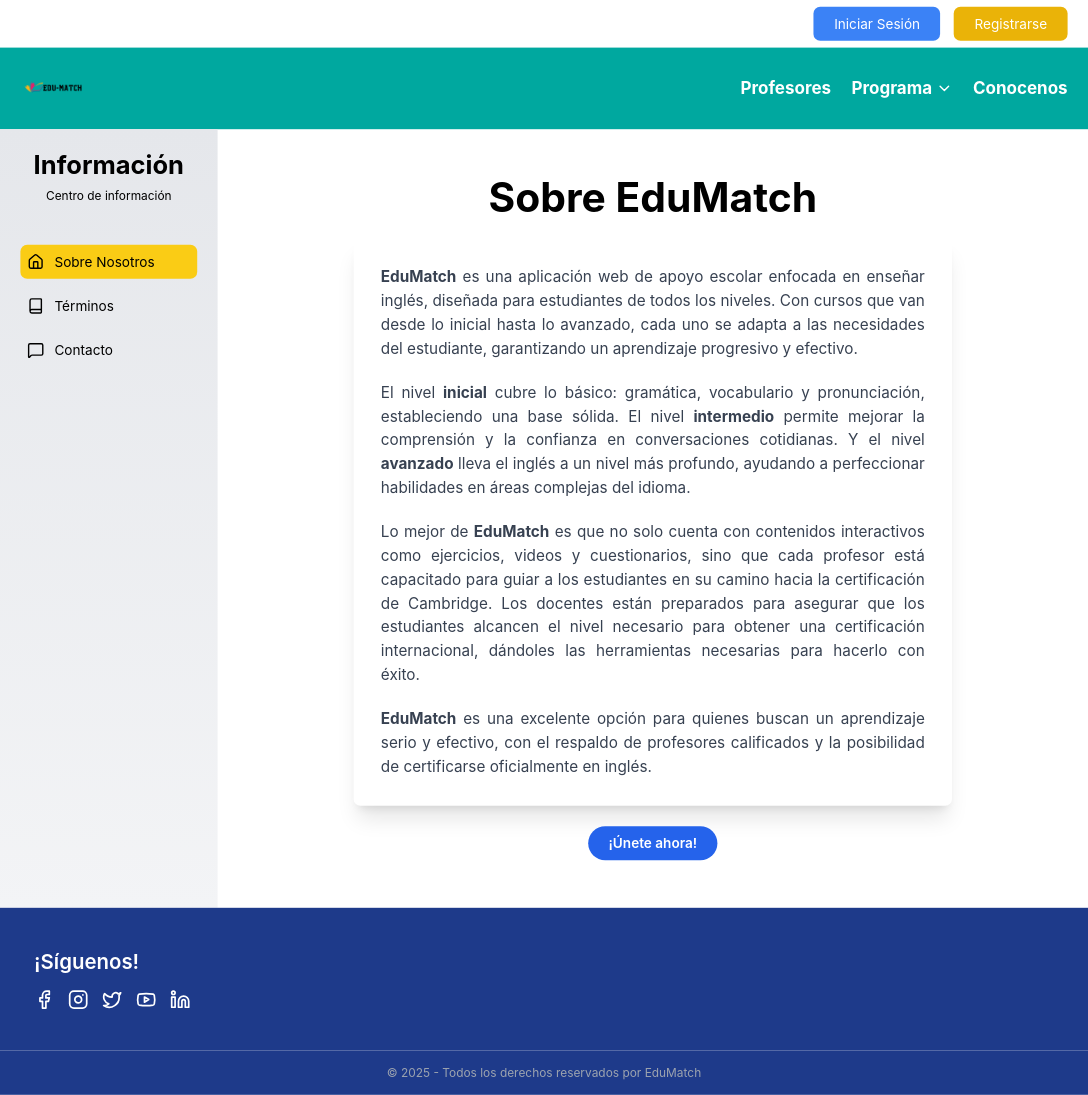
Repository: sofikalpin/EduMatch
Page: /informacion (app in frontend-sistema-apoyo/frontend-sistema-apoyo/)
These files come from the project's save history. The page is drawn as it stood at one moment and after the next save; the edit follows.
The browser window is 1280 px wide. The pictures show the whole page, at 85% of full size.
The project was rebuilt for these pictures with package versions that can differ from the ones it lists, and the page was loaded fresh each time. Also part of the build but not shown: frontend-sistema-apoyo/frontend-sistema-apoyo/src/componentes/inicio/ProgramDropdown.js, frontend-sistema-apoyo/frontend-sistema-apoyo/src/componentes/inicio/Inicio.js, frontend-sistema-apoyo/frontend-sistema-apoyo/src/componentes/login/Login.css, frontend-sistema-apoyo/frontend-sistema-apoyo/src/componentes/login/LoginUtils.js, frontend-sistema-apoyo/frontend-sistema-apoyo/src/componentes/login/Login.js, frontend-sistema-apoyo/frontend-sistema-apoyo/src/componentes/registrar/Registrar.css, frontend-sistema-apoyo/frontend-sistema-apoyo/src/componentes/registrar/Registrar.js, frontend-sistema-apoyo/frontend-sistema-apoyo/src/componentes/perfil/Perfil.js and 4 more.

Above is the page before, as saved 2025-01-28 15:04:15.

### frontend-sistema-apoyo/frontend-sistema-apoyo/src/index.js
import React from 'react';
import ReactDOM from 'react-dom/client';
import './index.css';
import App from './App';
import { BrowserRouter } from 'react-router-dom';

const root = ReactDOM.createRoot(document.getElementById('root'));
root.render(
  <BrowserRouter>
    <App />
  </BrowserRouter>
);

### frontend-sistema-apoyo/frontend-sistema-apoyo/src/index.css
@tailwind base;
@tailwind components;
@tailwind utilities;
/* Tus estilos personalizados vienen después */
body {
  margin: 0;
  font-family: -apple-system, BlinkMacSystemFont, 'Segoe UI', 'Roboto', 'Oxygen',
    'Ubuntu', 'Cantarell', 'Fira Sans', 'Droid Sans', 'Helvetica Neue',
    sans-serif;
  -webkit-font-smoothing: antialiased;
  -moz-osx-font-smoothing: grayscale;
}

code {
  font-family: source-code-pro, Menlo, Monaco, Consolas, 'Courier New',
    monospace;
}

### frontend-sistema-apoyo/frontend-sistema-apoyo/src/App.js
import React from "react";
import { Routes, Route, Navigate } from "react-router-dom";
import "./App.css";

import Inicio from "./componentes/inicio/Inicio";
import Login from "./componentes/login/Login";
import { Registrar } from "./componentes/registrar/Registrar";
import Perfil from "./componentes/perfil/Perfil";

import InicioProfesor from "./componentes/inicio/profesorini";
import NivelInicial from "./componentes/inicio/NivelInicial";
import NivelIntermedio from "./componentes/inicio/NivelIntermedio";
import NivelAvanzado from "./componentes/inicio/NivelAvanzado";
import Informacion from "./componentes/inicio/Informacion";


// Componente para proteger rutas basadas en rol
const ProtectedRoute = ({ children, role }) => {
  const userRole = localStorage.getItem("role");

  if (userRole !== role) {
    return <Navigate to="/" />;
  }

  return children;
};

function App() {
  return (
    <div className="App">
      <Routes>
        {/* Rutas públicas */}
        <Route path="/" element={<Inicio />} />
        <Route path="/iniciarsesion" element={<Login />} />
        <Route path="/registrarse" element={<Registrar />} />
        <Route path="/perfil" element={<Perfil />} />
        <Route path="/inicioprofesor" element={<InicioProfesor />} />
        <Route path="/nivelinicial" element={<NivelInicial />} />
        <Route path="/nivelintermedio" element={<NivelIntermedio />} />
        <Route path="/nivelavanzado" element={<NivelAvanzado />} />
        <Route path="/informacion" element={<Informacion />} />


        {/* Rutas protegidas */}

        {/* Redirigir rutas no encontradas */}
        <Route path="*" element={<Navigate to="/" />} />
      </Routes>
    </div>
  );
}

export default App;

### frontend-sistema-apoyo/frontend-sistema-apoyo/src/componentes/inicio/Informacion.js
import { useState } from 'react';
import { useNavigate } from 'react-router-dom';
import { Home, Book, Shield, MessageSquare } from 'lucide-react';
import TopBar from './TopBar';
import Header from './Header';
import Footer from './Footer';
import logo from '../../logo/LogoInicio.png';

// Constants remain the same
const FOOTER_SECTIONS = {
  section1: {
    title: "Información",
    links: ["Sobre Nosotros", "Términos y Condiciones", "Contacto"]
  },
  section2: {
    title: "Programas",
    links: ["Nivel Inicial", "Nivel Medio", "Nivel Superior"]
  }
};

const SOCIAL_ICONS = [
  { name: 'Facebook', color: 'hover:text-blue-500' },
  { name: 'Instagram', color: 'hover:text-pink-500' },
  { name: 'Twitter', color: 'hover:text-blue-400' },
  { name: 'Youtube', color: 'hover:text-red-500' },
  { name: 'Linkedin', color: 'hover:text-blue-700' }
];

const NAV_ITEMS = [
  { id: "sobre-nosotros", Icon: Home, text: "Sobre Nosotros" },
  { id: "terminos", Icon: Book, text: "Términos" },
  { id: "contacto", Icon: MessageSquare, text: "Contacto" }
];

// NavItem component
const NavItem = ({ id, Icon, text, isActive, onClick }) => (
  <div
    onClick={onClick}
    className={`flex items-center space-x-3 p-2 rounded-lg cursor-pointer ${isActive ? 'bg-yellow-400 text-black' : 'text-white-300'}`}
  >
    <Icon className="w-5 h-5" />
    <span>{text}</span>
  </div>
);

// SobreNosotros component
const SobreNosotros = () => (
  <div className="p-8 max-w-3xl mx-auto space-y-6">
    <h1 className="text-5xl font-bold text-black-600 mb-6 text-center">Sobre EduMatch</h1>
    <div className="p-8 bg-white rounded-lg shadow-xl space-y-6">
      <p className="text-lg text-gray-700 text-justify">
        <strong>EduMatch</strong> es una aplicación web de apoyo escolar enfocada en enseñar inglés, diseñada para estudiantes de todos los niveles. Con cursos que van desde lo inicial hasta lo avanzado, cada uno se adapta a las necesidades del estudiante, garantizando un aprendizaje progresivo y efectivo.
      </p>
      <p className="text-lg text-gray-700 text-justify">
        El nivel <strong>inicial</strong> cubre lo básico: gramática, vocabulario y pronunciación, estableciendo una base sólida. El nivel <strong>intermedio</strong> permite mejorar la comprensión y la confianza en conversaciones cotidianas. Y el nivel <strong>avanzado</strong> lleva el inglés a un nivel más profundo, ayudando a perfeccionar habilidades en áreas complejas del idioma.
      </p>
      <p className="text-lg text-gray-700 text-justify">
        Lo mejor de <strong>EduMatch</strong> es que no solo cuenta con contenidos interactivos como ejercicios, videos y cuestionarios, sino que cada profesor está capacitado para guiar a los estudiantes en su camino hacia la certificación de Cambridge. Los docentes están preparados para asegurar que los estudiantes alcancen el nivel necesario para obtener una certificación internacional, dándoles las herramientas necesarias para hacerlo con éxito.
      </p>
      <p className="text-lg text-gray-700 text-justify">
        <strong>EduMatch</strong> es una excelente opción para quienes buscan un aprendizaje serio y efectivo, con el respaldo de profesores calificados y la posibilidad de certificarse oficialmente en inglés.
      </p>
    </div>
    <div className="mt-8 text-center">
      <a href="/registrarse" className="inline-block bg-blue-600 text-white font-semibold py-2 px-6 rounded-full hover:bg-blue-700 transition-colors">
        ¡Únete ahora!
      </a>
    </div>
  </div>
);

// Contacto component
const Contacto = () => (
  <div className="p-8 max-w-3xl mx-auto space-y-6">
    <h1 className="text-5xl font-bold text-black-600 mb-6 text-center">Contacto</h1>

    <div className="p-8 bg-white rounded-lg shadow-xl space-y-6">
      <p className="text-lg text-gray-700 text-justify">
        ¿Tienes preguntas o comentarios? Nos encantaría saber de ti. Rellena el siguiente formulario y nuestro equipo se pondrá en contacto contigo lo antes posible.
      </p>

      <form className="space-y-6">
        <div>
          <label htmlFor="name" className="block text-lg font-semibold text-gray-800">Nombre</label>
          <input
            type="text"
            id="name"
            name="name"
            placeholder="Tu nombre"
            className="w-full p-3 mt-2 border-2 border-gray-300 rounded-lg focus:outline-none focus:ring-2 focus:ring-blue-500"
          />
        </div>

        <div>
          <label htmlFor="email" className="block text-lg font-semibold text-gray-800">Correo electrónico</label>
          <input
            type="email"
            id="email"
            name="email"
            placeholder="Tu correo electrónico"
            className="w-full p-3 mt-2 border-2 border-gray-300 rounded-lg focus:outline-none focus:ring-2 focus:ring-blue-500"
          />
        </div>

        <div>
          <label htmlFor="message" className="block text-lg font-semibold text-gray-800">Mensaje</label>
          <textarea
            id="message"
            name="message"
            placeholder="Escribe tu mensaje aquí"
            rows="4"
            className="w-full p-3 mt-2 border-2 border-gray-300 rounded-lg focus:outline-none focus:ring-2 focus:ring-blue-500"
          ></textarea>
        </div>

        <div className="text-center">
          <button
            type="submit"
            className="inline-block bg-blue-600 text-white font-semibold py-2 px-6 rounded-full hover:bg-blue-700 transition-colors"
          >
            Enviar Mensaje
          </button>
        </div>
      </form>
    </div>
  </div>
);

// TerminosYCondiciones component
const TerminosYCondiciones = () => (
  <div className="p-8 max-w-5xl mx-auto space-y-6">
    <h1 className="text-4xl font-bold text-blue-600 mb-6 text-center">Términos y Condiciones</h1>

    <div className="grid grid-cols-1 md:grid-cols-2 lg:grid-cols-2 gap-6">
      <div className="p-6 bg-white rounded-lg shadow-lg">
        <h2 className="text-2xl font-semibold text-gray-800">1. Aceptación de los Términos</h2>
        <p className="text-lg text-gray-700 mt-4">
          Al registrarte y usar EduMatch, aceptas cumplir con estos términos. Si no estás de acuerdo, no puedes usar la plataforma.
        </p>
      </div>

      <div className="p-6 bg-white rounded-lg shadow-lg">
        <h2 className="text-2xl font-semibold text-gray-800">2. Responsabilidades del Usuario</h2>
        <p className="text-lg text-gray-700 mt-4">
          El usuario es responsable de mantener la confidencialidad de su cuenta y de usar la plataforma de manera ética, sin infringir derechos de otros usuarios o de terceros.
        </p>
      </div>

      <div className="p-6 bg-white rounded-lg shadow-lg">
        <h2 className="text-2xl font-semibold text-gray-800">3. Modificaciones a los Términos</h2>
        <p className="text-lg text-gray-700 mt-4">
          EduMatch puede modificar estos términos en cualquier momento. Las modificaciones serán publicadas en esta página y serán efectivas inmediatamente después de su publicación.
        </p>
      </div>

      <div className="p-6 bg-white rounded-lg shadow-lg">
        <h2 className="text-2xl font-semibold text-gray-800">4. Terminación de los Servicios</h2>
        <p className="text-lg text-gray-700 mt-4">
          Podemos suspender o terminar tu acceso a la plataforma si incumples estos términos, sin previo aviso ni responsabilidad por daños ocasionados.
        </p>
      </div>
    </div>

    <div className="mt-8 text-center">
      <a href="/registrarse" className="inline-block bg-blue-600 text-white font-semibold py-2 px-6 rounded-full hover:bg-blue-700 transition-colors">
        ¡Únete ahora!
      </a>
    </div>
  </div>
);

const Navigation = ({ currentPage, setCurrentPage }) => (
  <nav className="w-64 bg-gradient-to-b from-gray-200 to-gray-100 p-6">
    <div className="mb-12">
    <h2 className="text-3xl font-bold text-black text-center">
    Información
    </h2>

      <p className="text-black-400 text-sm mt-2">Centro de información</p>
    </div>
    <div className="space-y-3">
      {NAV_ITEMS.map(({ id, Icon, text }) => (
        <NavItem
          key={id}
          id={id}
          Icon={Icon}
          text={text}
          isActive={currentPage === id}
          onClick={() => setCurrentPage(id)}
        />
      ))}
    </div>
  </nav>
);

const InfoPages = () => {
  const [currentPage, setCurrentPage] = useState('sobre-nosotros');
  const navigate = useNavigate();

  const pageComponents = {
    'sobre-nosotros': <SobreNosotros />,
    'contacto': <Contacto />,
    'terminos': <TerminosYCondiciones />
  };

  return (
    <div className="min-h-screen flex flex-col">
      {/* Header */}
      <TopBar
        onLogin={() => navigate('/iniciarsesion')}
        onRegister={() => navigate('/registrarse')}
      />
      <Header
        onNavigate={navigate}
        logo={logo}
      />

      {/* Info Content */}
      <div className="flex flex-2">
        <Navigation currentPage={currentPage} setCurrentPage={setCurrentPage} />
        <main className="flex-1 p-6">{pageComponents[currentPage]}</main>
      </div>

      {/* Footer */}
      <Footer sections={FOOTER_SECTIONS} socialIcons={SOCIAL_ICONS} />
    </div>
  );
};

export default InfoPages;

### frontend-sistema-apoyo/frontend-sistema-apoyo/src/componentes/inicio/TopBar.js
import React from 'react';

const TopBar = ({ onLogin, onRegister }) => (
  <div className="bg-white py-2 flex justify-end items-center px-6">
    <button
      onClick={onLogin}
      className="px-6 py-2 bg-blue-500 text-white rounded-lg mr-4 hover:bg-blue-600 transition-colors"
    >
      Iniciar Sesión
    </button>
    <button
      onClick={onRegister}
      className="px-6 py-2 bg-yellow-500 text-white rounded-lg hover:bg-yellow-600 transition-colors"
    >
      Registrarse
    </button>
  </div>
);

export default TopBar;

### frontend-sistema-apoyo/frontend-sistema-apoyo/src/componentes/inicio/Header.js
import React, { useState } from 'react';
import { ChevronDown } from 'lucide-react';
import ProgramDropdown from './ProgramDropdown';

const Header = ({ onNavigate, logo }) => {
  const [isProgramsOpen, setIsProgramsOpen] = useState(false);

  return (
    <header className="flex items-center justify-between p-6" style={{ backgroundColor: '#00A89F' }}>
      <img src={logo} alt="Logo" className="h-12" />
      <nav className="flex gap-6 justify-end flex-1">
        <button
          onClick={() => onNavigate('/inicioprofesor')}
          className="text-white font-bold hover:text-yellow-400 active:text-yellow-400 text-xl transition-colors"
        >
          Profesores
        </button>
        <div className="relative">
          <button
            onMouseEnter={() => setIsProgramsOpen(true)}
            className="text-white font-bold hover:text-yellow-400 active:text-yellow-400 text-xl transition-colors flex items-center gap-1"
          >
            Programa
            <ChevronDown
              className={`w-5 h-5 transition-transform ${isProgramsOpen ? 'rotate-180' : ''}`}
            />
          </button>
          <ProgramDropdown
            isOpen={isProgramsOpen}
            onClose={() => setIsProgramsOpen(false)}
          />
        </div>
        <button
          onClick={() => onNavigate('/informacion')}
          className="text-white font-bold hover:text-yellow-400 active:text-yellow-400 text-xl transition-colors"
        >
          Conocenos
        </button>
      </nav>
    </header>
  );
};

export default Header;

### frontend-sistema-apoyo/frontend-sistema-apoyo/src/componentes/inicio/Footer.js
import React from 'react';
import { Facebook, Instagram, Twitter, Youtube, Linkedin } from 'lucide-react';

const icons = {
  Facebook: Facebook,
  Instagram: Instagram,
  Twitter: Twitter,
  Youtube: Youtube,
  Linkedin: Linkedin,
};

const SocialIcon = (name) => icons[name] || null;

const Footer = ({ socialIcons, footerSections, onNavigation }) => (
  <>
    <footer className="bg-blue-900 text-white py-12">
      <div className="mx-auto px-10 w-full">
        <div className="flex flex-col lg:flex-row justify-between gap-12">
          {/* Social Media */}
          <div className="lg:w-1/3 space-y-4">
            <h2 className="text-2xl font-semibold text-center lg:text-left">¡Síguenos!</h2>
            <div className="flex justify-center lg:justify-start space-x-4">
              {socialIcons.map(({ name, color }) => {
                const Icon = SocialIcon(name);
                return Icon && (
                  <button
                    key={name}
                    className={`${color} transition-colors`}
                    aria-label={`Ir a ${name}`}
                  >
                    <Icon className="h-6 w-6" />
                  </button>
                );
              })}
            </div>
          </div>
          {/* Footer Links */}
          <div className="lg:w-2/3 grid grid-cols-1 sm:grid-cols-2 gap-12">
            {Object.values(footerSections).map((section, index) => (
              <div key={index}>
                <h3 className="font-semibold text-lg mb-4">{section.title}</h3>
                <ul className="space-y-2">
                  {section.links.map((link, linkIndex) => (
                    <li key={linkIndex}>
                      <button
                        onClick={() => onNavigation(`/${link.toLowerCase().replace(/\s+/g, '-')}`)}
                        className="text-gray-300 hover:text-white transition-colors"
                      >
                        {link}
                      </button>
                    </li>
                  ))}
                </ul>
              </div>
            ))}
          </div>
        </div>
      </div>
    </footer>
    <div className="bg-blue-900 text-center text-gray-400 text-sm py-4">
      © 2025 - Todos los derechos reservados por EduMatch
    </div>
  </>
);

Footer.defaultProps = {
  socialIcons: [],
  footerSections: {},
};

export default Footer;

Loaded but not shown: frontend-sistema-apoyo/frontend-sistema-apoyo/public/index.html (common file); frontend-sistema-apoyo/frontend-sistema-apoyo/src/App.css (common file); frontend-sistema-apoyo/frontend-sistema-apoyo/tailwind.config.js (common file)

After the next save:
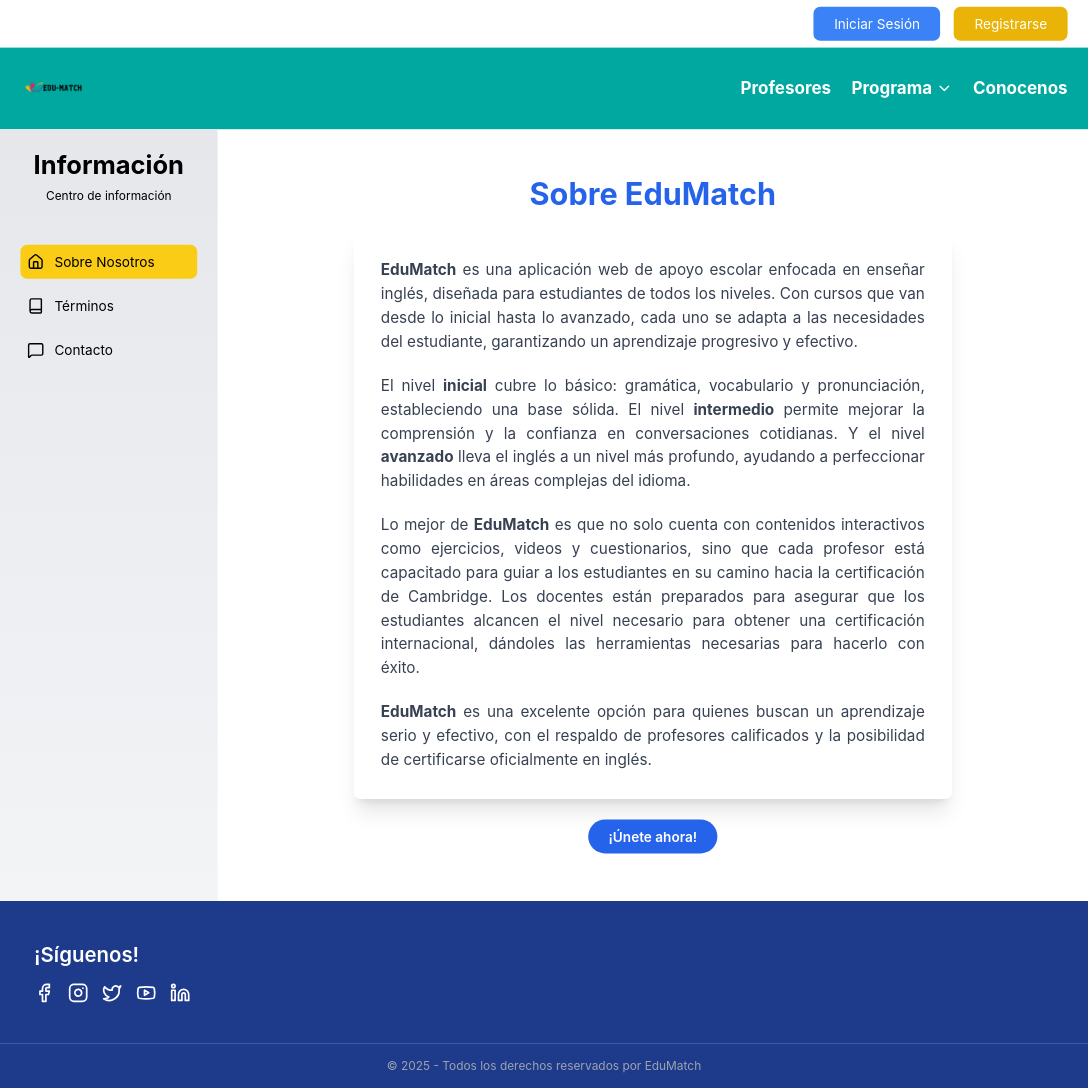
Saved 65 s later.
--- a/frontend-sistema-apoyo/frontend-sistema-apoyo/src/componentes/inicio/Informacion.js
+++ b/frontend-sistema-apoyo/frontend-sistema-apoyo/src/componentes/inicio/Informacion.js
@@ -46,7 +46,7 @@ const NavItem = ({ id, Icon, text, isActive, onClick }) => (
 // SobreNosotros component
 const SobreNosotros = () => (
   <div className="p-8 max-w-3xl mx-auto space-y-6">
-    <h1 className="text-5xl font-bold text-black-600 mb-6 text-center">Sobre EduMatch</h1>
+     <h1 className="text-4xl font-bold text-blue-600 mb-6 text-center">Sobre EduMatch</h1>
     <div className="p-8 bg-white rounded-lg shadow-xl space-y-6">
       <p className="text-lg text-gray-700 text-justify">
         <strong>EduMatch</strong> es una aplicación web de apoyo escolar enfocada en enseñar inglés, diseñada para estudiantes de todos los niveles. Con cursos que van desde lo inicial hasta lo avanzado, cada uno se adapta a las necesidades del estudiante, garantizando un aprendizaje progresivo y efectivo.
